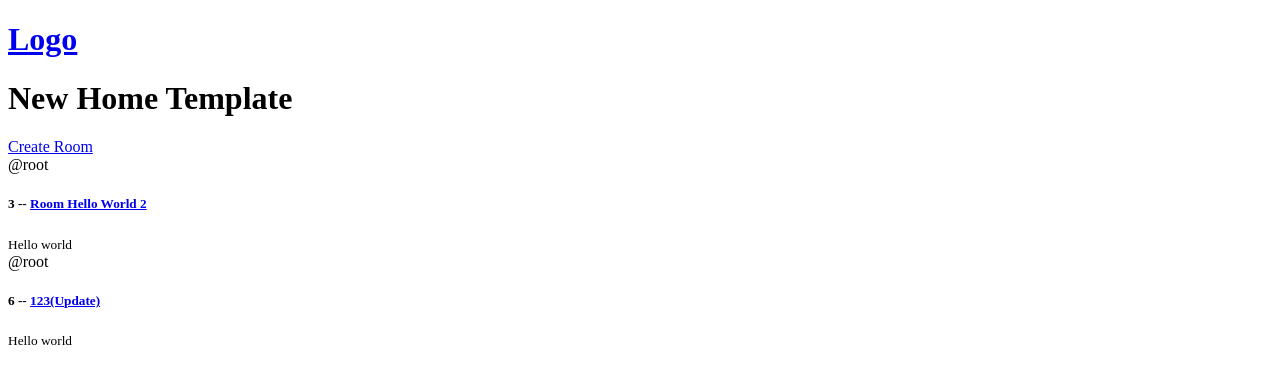
Repository: DZESU/studybug_django
Page: http://localhost/
An editor plug-in stored every save of this project. The page is shown before and after the next save, followed by the edit.
The browser window is 1280 px wide. The pictures show the whole page.
The page is served by the project's application, run on Django 4.2 (manage.py). The page reads the database file committed with the project.

Above is the page before, as saved 2022-08-02 21:53:23.

After the next save:
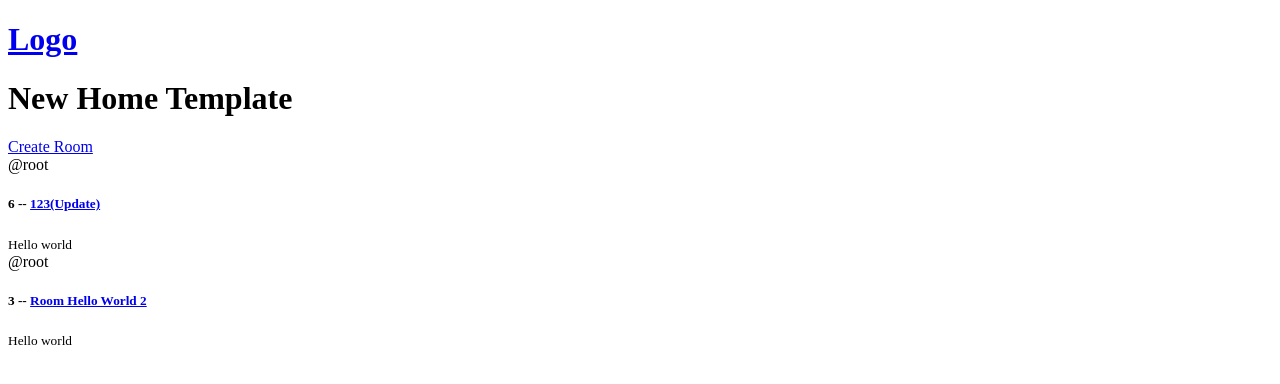
Saved 2 min 10 s later.
--- a/base/models.py
+++ b/base/models.py
@@ -21,6 +21,9 @@
     updated = models.DateTimeField(auto_now=True)
     created = models.DateTimeField(auto_now_add=True)
 
+    class Meta:
+        ordering = ['-updated', '-created']
+
     def __str__(self) -> str:
         return self.name
 

After the 2 saves that followed:
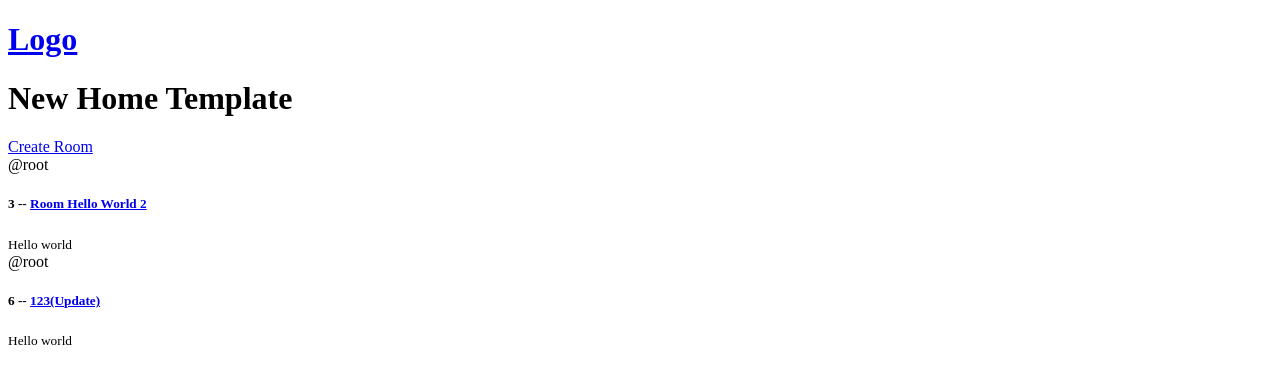
The 2 saves are shown as one change because 1 left the picture as it was.
The last was saved 16 s later.
--- a/base/models.py
+++ b/base/models.py
@@ -22,7 +22,7 @@
     created = models.DateTimeField(auto_now_add=True)
 
     class Meta:
-        ordering = ['-updated', '-created']
+        ordering = ['updated', 'created']
 
     def __str__(self) -> str:
         return self.name
